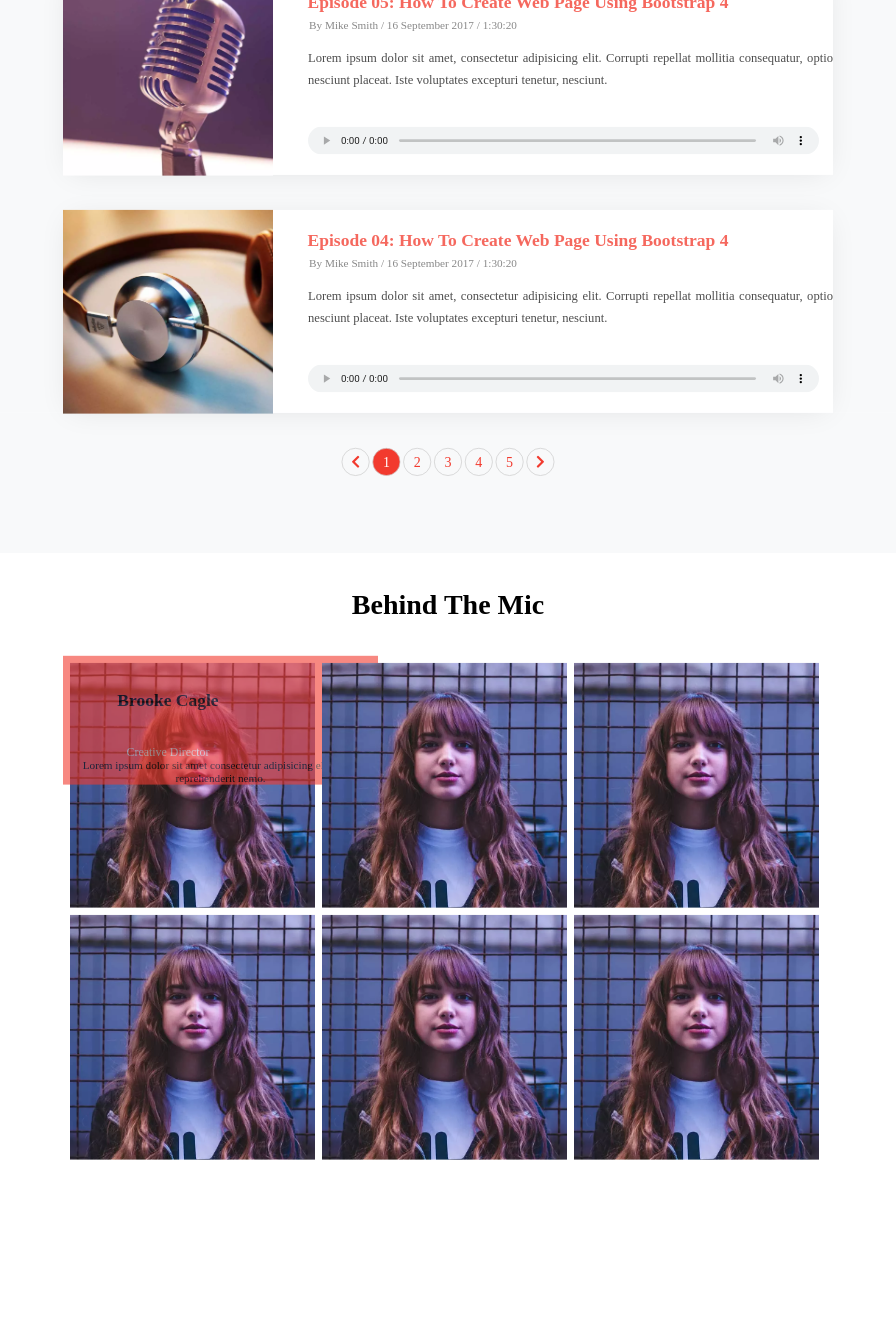
Repository: nhutduy0803/template2
Page: index.html
The author's editor kept a copy of each file at every save. The page is drawn from the files as they stood at one save, then again after the next save.
The browser window is 1280 px wide. The pictures show the part of the page from y = 2077 to 3997 px (the page is 3997 px tall), at 70% of full size.

Above is the page before, as saved 2021-12-09 13:40:35.

After the next save:
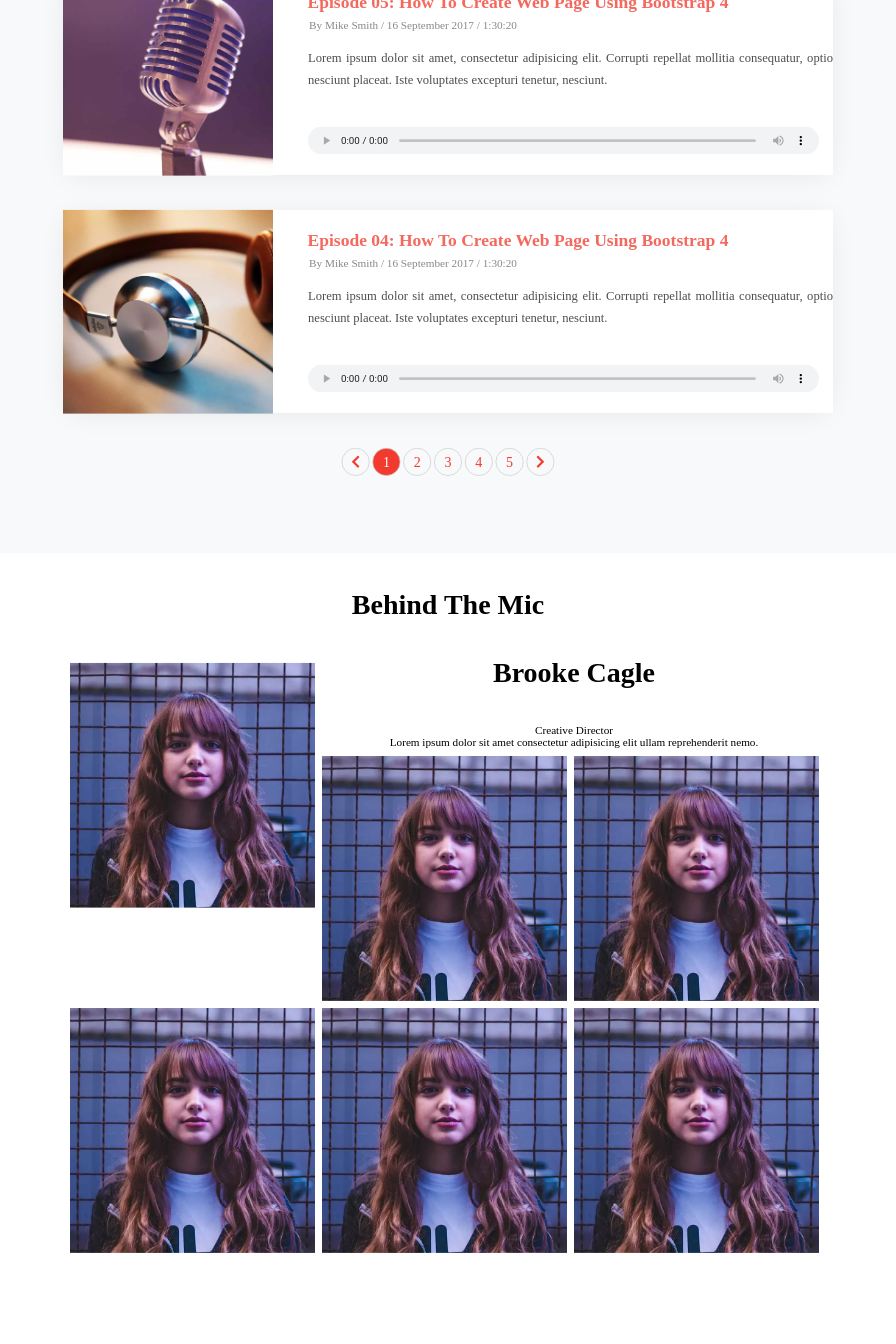
Saved 13 s later.
--- a/assets/css/style.css
+++ b/assets/css/style.css
@@ -358,23 +358,3 @@
   transition: 0.3s;
   position: relative;
 }
-
-.content-behind {
-  position: absolute;
-  background-color: #f23a2e;
-  opacity: 0.6;
-  width: 450px;
-  width: 450px;
-}
-
-.content-behind h2 {
-  font-size: 25px;
-  margin-left: -150px;
-}
-
-.content-behind span {
-  z-index: 2;
-  font-size: 17px;
-  color: #ccc;
-  margin-left: -150px;
-}
